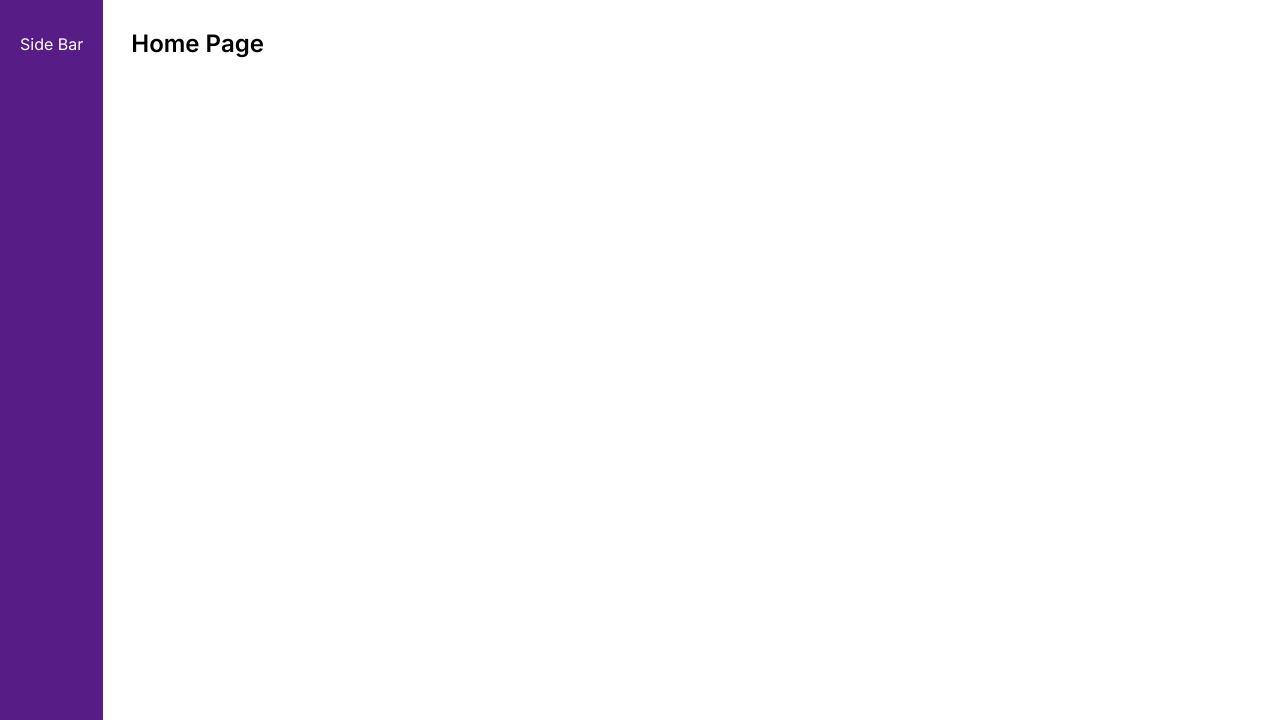
Repository: marcusdashe/anthophila
Page: /dashboard
The author's editor kept a copy of each file at every save. The page is drawn from the files as they stood at one save, then again after the next save.
The browser window is 1280 px wide. The pictures show the whole page.
The project was rebuilt for these pictures with package versions that can differ from the ones it lists, and the page was loaded fresh each time. The framework's server and built-in components were replaced by stand-ins that run in the browser. Also part of the build but not shown: next.config.js.

Above is the page before, as saved 2023-04-05 14:06:01.

After the next save:
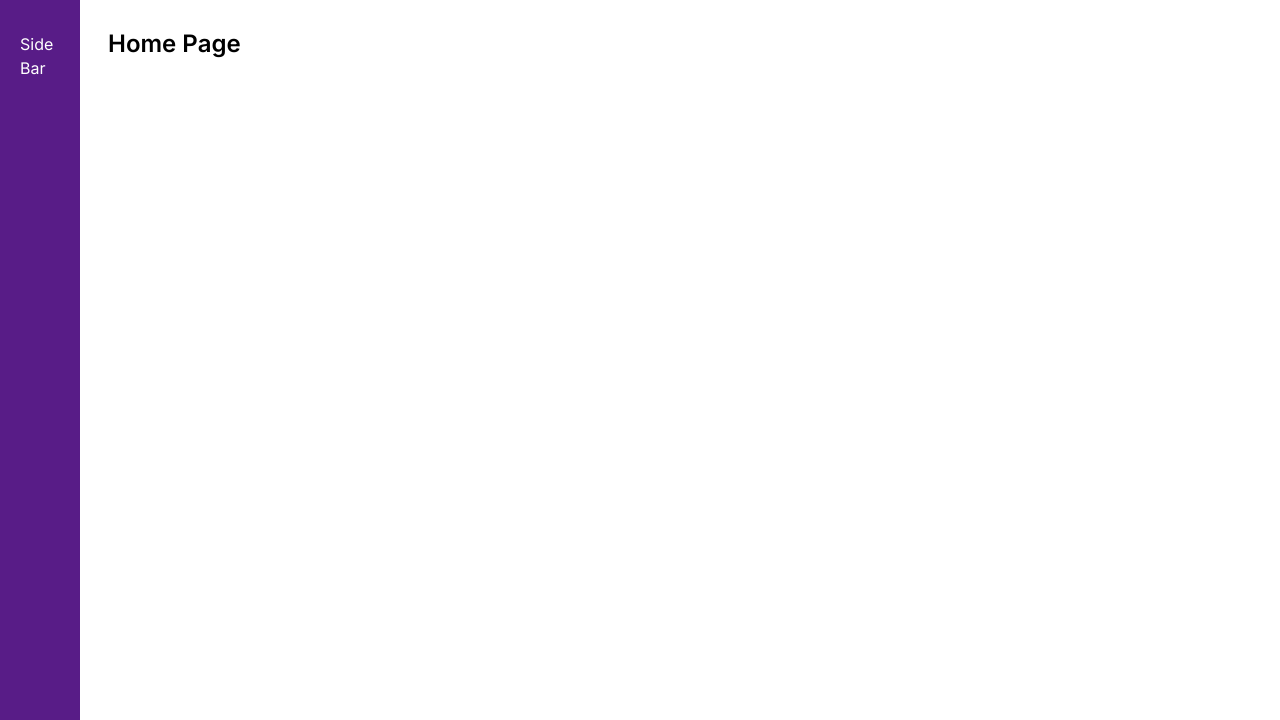
Saved 38 s later.
--- a/pages/dashboard.js
+++ b/pages/dashboard.js
@@ -3,7 +3,7 @@
 const Dashboard = () => {
   return (
     <div className="flex">
-      <div className="bg-purple-900 h-screen p-5 pt-8 w-17 text-white">
+      <div className="bg-purple-900 h-screen p-5 pt-8 w-20 text-white">
         Side Bar
       </div>
 

After the save that followed:
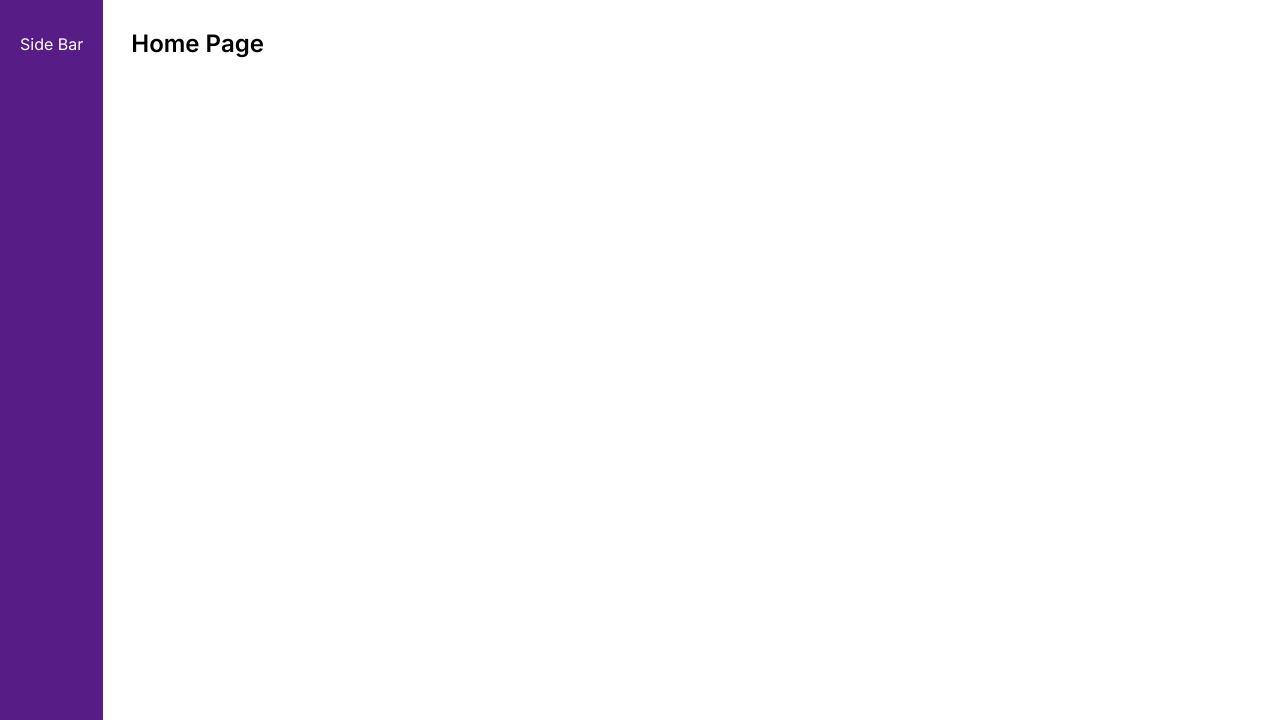
Saved 23 s later.
--- a/pages/dashboard.js
+++ b/pages/dashboard.js
@@ -3,7 +3,7 @@
 const Dashboard = () => {
   return (
     <div className="flex">
-      <div className="bg-purple-900 h-screen p-5 pt-8 w-20 text-white">
+      <div className="bg-purple-900 h-screen p-5 pt-8 w-70 text-white">
         Side Bar
       </div>
 
